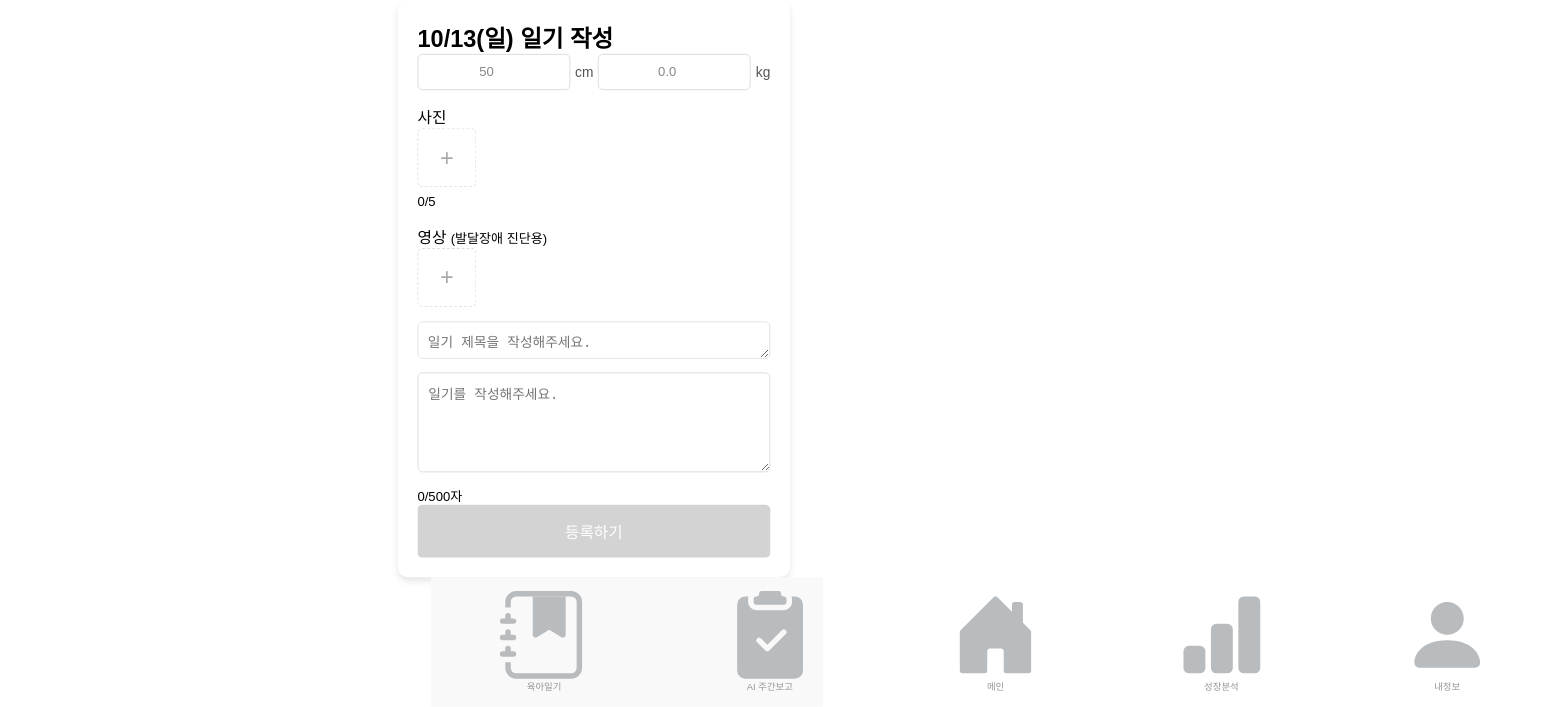
Repository: fromBirth/frombirth-frontend
Page: /babydiary/register
These files come from the project's save history. The page is drawn as it stood at one moment and after the next save; the edit follows.
The browser window is 1280 px wide. The page is 1592 px wide, so the pictures cover 1592 px, including what lies to the right of the window. The pictures show the whole page, at 98% of full size.
Some web fonts or font styles are not loaded; a fallback is used. The project was rebuilt for these pictures with package versions that can differ from the ones it lists, and the page was loaded fresh each time. Also part of the build but not shown: vite.config.js.

Above is the page before, as saved 2024-10-30 12:20:08.

### index.html
<!doctype html>
<html lang="en">
  <head>
    <meta charset="UTF-8" />
    <link rel="icon" type="image/svg+xml" href="/fromBirthIcon" />
    <meta name="viewport" content="width=device-width, initial-scale=1.0" />
    <script src="https://t1.kakaocdn.net/kakao_js_sdk/2.7.2/kakao.min.js" integrity="sha384-TiCUE00h649CAMonG018J2ujOgDKW/kVWlChEuu4jK2vxfAAD0eZxzCKakxg55G4" crossorigin="anonymous"></script>
    <title>fromBirth</title>
  </head>
  <body>
    <div id="root"></div>
    <script type="module" src="/src/main.jsx"></script>
  </body>
</html>

### src/main.jsx
/* src/main.jsx */

// StrictMode와 createRoot 함수를 React에서 import
import { StrictMode } from 'react'
import { createRoot } from 'react-dom/client'
// 애플리케이션의 메인 컴포넌트인 App을 import
import App from './App.jsx'

// React 애플리케이션의 루트 DOM 요소에 App 컴포넌트를 렌더링
createRoot(document.getElementById('root')).render(
  <StrictMode>
    <App />
  </StrictMode>,
)

### src/App.jsx
/* src/App.jsx */

// 전체 애플리케이션에 라우팅 기능을 제공하는 BrowserRouter를 import
import { BrowserRouter as Router } from 'react-router-dom';
// 전역적으로 인증 상태를 관리하기 위해 AuthProvider를 import
import { AuthProvider } from './contexts/AuthContext';
// 애플리케이션의 전체 라우팅 구성을 위한 AppRouter를 import
import AppRouter from './routes/AppRouter'; // 라우팅 설정을 불러옴

// App 컴포넌트는 애플리케이션의 최상위 컴포넌트로, 인증과 라우팅을 관리
function App() {
    return (
        <AuthProvider>  {/* 인증 컨텍스트 제공 */}
            <Router>  {/* 라우팅 제공 */}
                <AppRouter /> {/* 전체 라우팅 설정 */}
            </Router>
        </AuthProvider>
    );
}

// App 컴포넌트를 기본으로 내보내기
export default App;

### src/contexts/AuthContext.jsx
/* src/contexts/AuthContext.jsx */

import { createContext, useState } from 'react';

// Context 생성
export const AuthContext = createContext();

// Context Provider 컴포넌트
export const AuthProvider = ({ children }) => {
    const [isAuthenticated, setIsAuthenticated] = useState(false);

    // 로그인/로그아웃 상태 변경 함수
    const toggleAuth = () => {
        setIsAuthenticated(!isAuthenticated);
    };

    return (
        <AuthContext.Provider value={{ isAuthenticated, toggleAuth }}>
            {children}
        </AuthContext.Provider>
    );
};

### src/routes/AppRouter.jsx
/* src/routes/AppRouter.jsx */

// React Router의 Routes와 Route 컴포넌트를 사용해 라우팅 구성
import { Routes, Route, Navigate } from 'react-router-dom';
// React에서 컴포넌트를 동적 로딩할 수 있도록 Suspense와 lazy를 사용
import { Suspense, lazy } from 'react';
// PATHS 객체를 import하여 경로를 상수로 관리
import { PATHS } from './paths';
// 전체 레이아웃 컴포넌트로, 로그인이 필요한 페이지의 공통 레이아웃으로 사용
import Layout from '../components/common/Layout.jsx';
// 스피너 컴포넌트 import
import Spinner from '../components/common/Spinner.jsx';
// 전역 스타일 파일을 import하여 스타일 적용
import '/src/assets/styles/common.css';

// React.lazy를 사용하여 동적 import로 각 페이지를 로딩하여 초기 로딩 속도 최적화
const Login = lazy(() => import('../components/login/Login.jsx'));
const Dashboard = lazy(() => import('../components/dashboard/Dashboard.jsx'));
const BabyDiary = lazy(() => import('../components/baby-diary/BabyDiary.jsx'));
const DiaryList = lazy(() => import('../components/baby-diary/DiaryList.jsx'));
const DiaryListPhoto = lazy(() => import('../components/baby-diary/DiaryListPhoto.jsx'));
const DiaryRegister = lazy(() => import('../components/baby-diary/DiaryRegister.jsx'));
const DiaryDetail = lazy(() => import('../components/baby-diary/DiaryDetail.jsx'));
const WeeklyReport = lazy(() => import('../components/weekly-report/WeeklyReport.jsx'));
const GrowthAnalysis = lazy(() => import('../components/growth-analysis/GrowthAnalysis.jsx'));
const MyPage = lazy(() => import('../components/my-page/MyPage.jsx'));
const ChildRegister = lazy(() => import('../components/my-page/ChildRegister.jsx'));

function AppRouter() {
    return (
        // Suspense로 동적 로딩 중 스피너 화면 표시
        <Suspense fallback={<Spinner />}>
            <Routes>
                {/* 로그인 페이지 */}
                <Route path={PATHS.LOGIN} element={<Login />} />

                {/* 기본 경로에서 메인 대시보드 화면으로 리다이렉트 */}
                <Route path="/" element={<Navigate to={PATHS.DASHBOARD} />} />

                {/* Layout 컴포넌트를 상위 요소로 하여 로그인이 필요한 페이지 구성 */}
                <Route element={<Layout />}>
                    {/* 메인 대시보드 페이지 */}
                    <Route path={PATHS.DASHBOARD} element={<Dashboard />} />

                    {/* BabyDiary 관련 페이지 */}
                    <Route path={PATHS.BABY_DIARY} element={<BabyDiary />} />
                    <Route path={PATHS.DIARY_LIST} element={<DiaryList />} />
                    <Route path={PATHS.DIARY_LIST_PHOTO} element={<DiaryListPhoto />} />
                    <Route path={PATHS.DIARY_REGISTER} element={<DiaryRegister />} />
                    <Route path={PATHS.DIARY_DETAIL} element={<DiaryDetail />} />

                    {/* WeeklyReport 페이지 */}
                    <Route path={PATHS.WEEKLY_REPORT} element={<WeeklyReport />} />

                    {/* GrowthAnalysis 페이지 */}
                    <Route path={PATHS.GROWTH_ANALYSIS} element={<GrowthAnalysis />} />

                    {/* MyPage 관련 페이지 */}
                    <Route path={PATHS.MY_PAGE} element={<MyPage />} />
                    <Route path={PATHS.CHILD_REGISTER} element={<ChildRegister />} />
                </Route>
            </Routes>
        </Suspense>
    );
}

export default AppRouter;

### src/routes/paths.js
/* src/routes/paths.js */

// PATHS 객체는 애플리케이션에서 사용하는 주요 라우트 경로를 상수로 관리
// 경로가 변경되더라도 이 파일만 수정하면 모든 라우트에 반영되어 유지보수가 용이해짐
export const PATHS = {

    // 로그인 페이지 경로
    LOGIN: "/login",

    // 메인 페이지 경로
    MAIN: "/main",

    // 육아 일기 섹션 경로들
    BABY_DIARY: "/babydiary",               // 육아 일기 메인 경로
    DIARY_LIST: "/babydiary/list",          // 일기 목록 페이지 경로
    DIARY_LIST_PHOTO: "/babydiary/listphoto", // 사진으로 보는 일기 목록 경로
    DIARY_REGISTER: "/babydiary/register",  // 일기 작성 페이지 경로
    DIARY_DETAIL: "/babydiary/detail",      // 일기 상세 페이지 경로

    // AI주간보고 페이지 경로
    WEEKLY_REPORT: "/weeklyreport",

    // 성장 분석 페이지 경로
    GROWTH_ANALYSIS: "/growthanalysis",

    // 내정보 섹션 경로들
    MY_PAGE: "/mypage",                     // 마이페이지 메인 경로
    CHILD_REGISTER: "/mypage/register",     // 아이 등록 페이지 경로
};

### src/components/common/Layout.jsx
/* src/components/Layout.jsx */

import { Link, Outlet, useLocation } from 'react-router-dom';
import { useState, useEffect } from 'react';
import '/src/assets/styles/layout.css';

function Layout() {

    const location = useLocation();
    const [activePath, setActivePath] = useState(location.pathname);

    // 라우터 변경 시 활성화 상태 업데이트
    useEffect(() => {
        setActivePath(location.pathname);
    }, [location]);

    return (
        <div className="layout">

            {/* 🔴 페이지 컨텐츠 */}
            <div className="content">
                <Outlet /> {/* 자식 페이지들이 이곳에 렌더링됩니다. */}
            </div>

            {/* 🔴 푸터 */}
            <footer className="footer">
                <nav className={"footer-nav"}>
                    <Link to="/babydiary" >
                        <div className={`nav-item ${activePath === '/babydiary' ? 'btn-active' : ''}`}>
                            <svg xmlns="http://www.w3.org/2000/svg" style={{ fill: activePath === '/babydiary' ? 'var(--logo-color)' : 'var(--menu-symbol-color)' }}
                                className="bi bi-journal-bookmark-fill" viewBox="0 0 16 16">
                                <path fillRule="evenodd"
                                    d="M6 1h6v7a.5.5 0 0 1-.757.429L9 7.083 6.757 8.43A.5.5 0 0 1 6 8z" />
                                <path
                                    d="M3 0h10a2 2 0 0 1 2 2v12a2 2 0 0 1-2 2H3a2 2 0 0 1-2-2v-1h1v1a1 1 0 0 0 1 1h10a1 1 0 0 0 1-1V2a1 1 0 0 0-1-1H3a1 1 0 0 0-1 1v1H1V2a2 2 0 0 1 2-2" />
                                <path
                                    d="M1 5v-.5a.5.5 0 0 1 1 0V5h.5a.5.5 0 0 1 0 1h-2a.5.5 0 0 1 0-1zm0 3v-.5a.5.5 0 0 1 1 0V8h.5a.5.5 0 0 1 0 1h-2a.5.5 0 0 1 0-1zm0 3v-.5a.5.5 0 0 1 1 0v.5h.5a.5.5 0 0 1 0 1h-2a.5.5 0 0 1 0-1z" />
                            </svg>
                            <span>육아일기</span>
                        </div>
                    </Link>
                    <Link to="/weeklyreport" >
                        <div className={`nav-item ${activePath === '/weeklyreport' ? 'btn-active' : ''}`}>
                            <svg xmlns="http://www.w3.org/2000/svg" style={{ fill: activePath === '/weeklyreport' ? 'var(--logo-color)' : 'var(--menu-symbol-color)' }}
                                className="bi bi-clipboard2-check-fill" viewBox="0 0 16 16">
                                <path
                                    d="M10 .5a.5.5 0 0 0-.5-.5h-3a.5.5 0 0 0-.5.5.5.5 0 0 1-.5.5.5.5 0 0 0-.5.5V2a.5.5 0 0 0 .5.5h5A.5.5 0 0 0 11 2v-.5a.5.5 0 0 0-.5-.5.5.5 0 0 1-.5-.5" />
                                <path
                                    d="M4.085 1H3.5A1.5 1.5 0 0 0 2 2.5v12A1.5 1.5 0 0 0 3.5 16h9a1.5 1.5 0 0 0 1.5-1.5v-12A1.5 1.5 0 0 0 12.5 1h-.585q.084.236.085.5V2a1.5 1.5 0 0 1-1.5 1.5h-5A1.5 1.5 0 0 1 4 2v-.5q.001-.264.085-.5m6.769 6.854-3 3a.5.5 0 0 1-.708 0l-1.5-1.5a.5.5 0 1 1 .708-.708L7.5 9.793l2.646-2.647a.5.5 0 0 1 .708.708" />
                            </svg>
                            <span>AI 주간보고</span>
                        </div>

                    </Link>
                    <Link to="/dashboard" >
                        <div className={`nav-item ${activePath === '/dashboard' ? 'btn-active' : ''}`}>
                            <svg xmlns="http://www.w3.org/2000/svg" style={{ fill: activePath === '/dashboard' ? 'var(--logo-color)' : 'var(--menu-symbol-color)' }}
                                className="bi bi-house-door-fill" viewBox="0 0 16 16">
                                <path
                                    d="M6.5 14.5v-3.505c0-.245.25-.495.5-.495h2c.25 0 .5.25.5.5v3.5a.5.5 0 0 0 .5.5h4a.5.5 0 0 0 .5-.5v-7a.5.5 0 0 0-.146-.354L13 5.793V2.5a.5.5 0 0 0-.5-.5h-1a.5.5 0 0 0-.5.5v1.293L8.354 1.146a.5.5 0 0 0-.708 0l-6 6A.5.5 0 0 0 1.5 7.5v7a.5.5 0 0 0 .5.5h4a.5.5 0 0 0 .5-.5" />
                            </svg>
                            <span>메인</span>
                        </div>

                    </Link>
                    <Link to="/growthanalysis" >
                        <div className={`nav-item ${activePath === '/growthanalysis' ? 'btn-active' : ''}`}>
                            <svg xmlns="http://www.w3.org/2000/svg" style={{ fill: activePath === '/growthanalysis' ? 'var(--logo-color)' : 'var(--menu-symbol-color)' }}
                                className="bi bi-bar-chart-fill" viewBox="0 0 16 16">
                                <path
                                    d="M1 11a1 1 0 0 1 1-1h2a1 1 0 0 1 1 1v3a1 1 0 0 1-1 1H2a1 1 0 0 1-1-1zm5-4a1 1 0 0 1 1-1h2a1 1 0 0 1 1 1v7a1 1 0 0 1-1 1H7a1 1 0 0 1-1-1zm5-5a1 1 0 0 1 1-1h2a1 1 0 0 1 1 1v12a1 1 0 0 1-1 1h-2a1 1 0 0 1-1-1z" />
                            </svg>
                            <span>성장분석</span>
                        </div>

                    </Link>
                    <Link to="/mypage" >
                        <div className={`nav-item ${activePath === '/mypage' ? 'btn-active' : ''}`}>
                            <svg xmlns="http://www.w3.org/2000/svg" style={{ fill: activePath === '/mypage' ? 'var(--logo-color)' : 'var(--menu-symbol-color)' }}
                                className="bi bi-person-fill" viewBox="0 0 16 16">
                                <path d="M3 14s-1 0-1-1 1-4 6-4 6 3 6 4-1 1-1 1zm5-6a3 3 0 1 0 0-6 3 3 0 0 0 0 6" />
                            </svg>
                            <span>내정보</span>
                        </div>
                    </Link>
                </nav>
            </footer>
        </div>
    );
}

export default Layout;

### src/components/common/Spinner.jsx
/* src/components/Spinner.jsx */

const Spinner = () => {
    return (
        <div className="spinner-overlay">
            <div className="spinner"></div>
        </div>
    );
};

export default Spinner;

### src/assets/styles/common.css
/* src/assets/styles/common.css */

/* 🔴 폰트 설정 */
@font-face { font-family: 'Pretendard'; font-weight: 100; font-style: normal; src: url('https://cdn.jsdelivr.net/gh/webfontworld/pretendard/Pretendard-Thin.woff') format('woff'); font-display: swap; }
@font-face { font-family: 'Pretendard'; font-weight: 200; font-style: normal; src: url('https://cdn.jsdelivr.net/gh/webfontworld/pretendard/Pretendard-ExtraLight.woff') format('woff'); font-display: swap; }
@font-face { font-family: 'Pretendard'; font-weight: 300; font-style: normal; src: url('https://cdn.jsdelivr.net/gh/webfontworld/pretendard/Pretendard-Light.woff') format('woff'); font-display: swap; }
@font-face { font-family: 'Pretendard'; font-weight: 400; font-style: normal; src: url('https://cdn.jsdelivr.net/gh/webfontworld/pretendard/Pretendard-Regular.woff') format('woff'); font-display: swap; }
@font-face { font-family: 'Pretendard'; font-weight: 500; font-style: normal; src: url('https://cdn.jsdelivr.net/gh/webfontworld/pretendard/Pretendard-Medium.woff') format('woff'); font-display: swap; }
@font-face { font-family: 'Pretendard'; font-weight: 600; font-style: normal; src: url('https://cdn.jsdelivr.net/gh/webfontworld/pretendard/Pretendard-SemiBold.woff') format('woff'); font-display: swap; }
@font-face { font-family: 'Pretendard'; font-weight: 700; font-style: normal; src: url('https://cdn.jsdelivr.net/gh/webfontworld/pretendard/Pretendard-Bold.woff') format('woff'); font-display: swap; }
@font-face { font-family: 'Pretendard'; font-weight: 800; font-style: normal; src: url('https://cdn.jsdelivr.net/gh/webfontworld/pretendard/Pretendard-ExtraBold.woff') format('woff'); font-display: swap; }
@font-face { font-family: 'Pretendard'; font-weight: 900; font-style: normal; src: url('https://cdn.jsdelivr.net/gh/webfontworld/pretendard/Pretendard-Black.woff') format('woff'); font-display: swap; }
/* HakgyoansimDunggeunmisoTTF 폰트 설정 (로컬 파일) */
@font-face { font-family: 'HakgyoansimDunggeunmisoTTF-B'; src: url('/src/assets/fonts/Hakgyoansim-Dunggeunmiso-TTF-B.ttf') format('truetype'); font-weight: normal; font-style: normal; }
@font-face { font-family: 'HakgyoansimDunggeunmisoTTF-R'; src: url('/src/assets/fonts/Hakgyoansim-Dunggeunmiso-TTF-R.ttf') format('truetype'); font-weight: normal; font-style: normal; }

/* 🔴 css 초기화 설정 */
html, body { font-family: "Pretendard", sans-serif; height: 100%; margin: 0; padding: 0; }
* { margin: 0; padding: 0; box-sizing: border-box; }
a { text-decoration: none; color: black; }
ul, li, ol, dl, dd { list-style: none; margin: 0; }
img { max-width: 100%; height: auto; border: 0; }
table { border-collapse: collapse; border-spacing: 0; }
td, th { padding: 0; }
input[type="checkbox"] { cursor: pointer; }
button { appearance: none; border: 0; background: transparent; font: inherit; outline: none; cursor: pointer; }
button:disabled { cursor: default; }
label { margin: 0; font-weight: normal; }
p { margin: 0; }
.container { padding: 0; }
.input-field { transition: all 0.3s ease; }
input::placeholder { color: #888; }

/* 🔴 색상 등 전역 변수 설정 */
:root { --logo-color: #FF893C; --button-disabled-color: #E6E9F0; --menu-symbol-color: #B8BCBF; --menu-text-color: #949598; --background-color: #F4F7FC;}

/* 🔴 루트 컨테이너 크기 설정 */
#root { height: 100vh; width: 100vw; }

/* 🔴 로딩 스피너 */
.spinner-overlay { position: fixed; top: 0; left: 0; width: 100vw; height: 100vh; display: flex; justify-content: center; align-items: center; background: rgba(255, 255, 255, 0.8); z-index: 1000; }
.spinner { width: 40px; height: 40px; border: 5px solid rgba(0, 0, 0, 0.1); border-top-color: #3498db; border-radius: 50%; animation: spin 1s linear infinite; }
@keyframes spin { to { transform: rotate(360deg); }  }

### src/components/baby-diary/DiaryRegister.jsx
import './DiaryRegister.css';

const DiaryRegister = () => {
    return (
        <div className="container">
            <h2>10/13(일) 일기 작성</h2>

            <div className="input-row">
                <input type="number" placeholder="50" min="0" max="200" aria-label="키 입력" />
                <span>cm</span>
                <input type="number" placeholder="0.0" min="0" max="200" aria-label="몸무게 입력" />
                <span>kg</span>
            </div>

            <div className="upload-section">
                <label>사진</label>
                <div className="upload-box" aria-label="사진 업로드">+</div>
                <small>0/5</small>
            </div>

            <div className="upload-section">
                <label>영상 <small>(발달장애 진단용)</small></label>
                <div className="upload-box" aria-label="영상 업로드">+</div>
            </div>

            <textarea className="textarea" rows="1" placeholder="일기 제목을 작성해주세요." aria-label="일기 제목 입력"></textarea>
            <textarea className="textarea" rows="5" placeholder="일기를 작성해주세요." maxLength="500" aria-label="일기 내용 입력"></textarea>
            <small>0/500자</small>

            <button className="submit-btn" aria-label="일기 등록">등록하기</button>
        </div>
    );
};

export default DiaryRegister;

### src/assets/styles/layout.css
/* src/assets/styles/layout.css */

/* 레이아웃 */
.layout { display: flex; flex-direction: column; align-items: center; width: 100vw; min-height: 100vh; }

 /* 콘텐츠 영역 */
.content { flex-grow: 1; width: 100%; max-width: 500px; margin: 0 auto; padding: 0 16px; }

/* 중앙 컨테이너 스타일 */
.layout .content .container { background-color: white; width: 90%; max-width: 400px; padding: 20px; border-radius: 10px; box-shadow: 0 4px 8px rgba(0, 0, 0, 0.1); }

/* 헤더 스타일 */
.layout .content .container .header { display: flex; align-items: center; gap: 10px; margin-bottom: 20px; }
.layout .content .container .header .profile-image { width: 40px; height: 40px; border-radius: 50%; background-color: #f0e68c; }
.layout .content .container .header .header-title { font-size: 18px; }
.layout .content .container .header .header-dropdown { font-size: 14px; color: gray; }

/* footer */
.layout .footer { background-color: #F9F9F9; text-align: center; display: flex; justify-content: center; }
.layout .footer .footer-nav { display: flex; justify-content: space-around; width: 100%; max-width: 400px; }
.layout .footer .footer-nav .nav-item { display: flex; flex-direction: column; justify-content: center; color: #949598; font-size: 0.6em; min-width: 12vw; margin: 1vh 3vw; padding: 1vh 1vw; }
.layout .footer .footer-nav .nav-item.btn-active { background-color: #FE8A3C1F; color: #FF893C; border-radius:9px; }
.layout .footer .footer-nav .nav-item svg { margin: auto; width: 7vw; }

### src/components/baby-diary/DiaryRegister.css
.input-row { display: flex; align-items: center; gap: 5px; margin-bottom: 15px; }
.input-row input[type="number"] { width: 100%; padding: 10px; border: 1px solid #ddd; border-radius: 5px; text-align: center; }
.input-row span { font-size: 14px; color: #555; }
.upload-section { margin-bottom: 15px; }
.upload-box { width: 60px; height: 60px; border: 1px dashed #ddd; border-radius: 5px; display: flex; align-items: center; justify-content: center; color: #aaa; font-size: 24px; margin-bottom: 5px; }
.textarea { width: 100%; padding: 10px; border: 1px solid #ddd; border-radius: 5px; margin-bottom: 10px; font-size: 14px; color: #555; }
.submit-btn { width: 100%; padding: 15px; background-color: #d3d3d3; border: none; border-radius: 5px; font-size: 16px; color: white; cursor: pointer; }

After the next save:
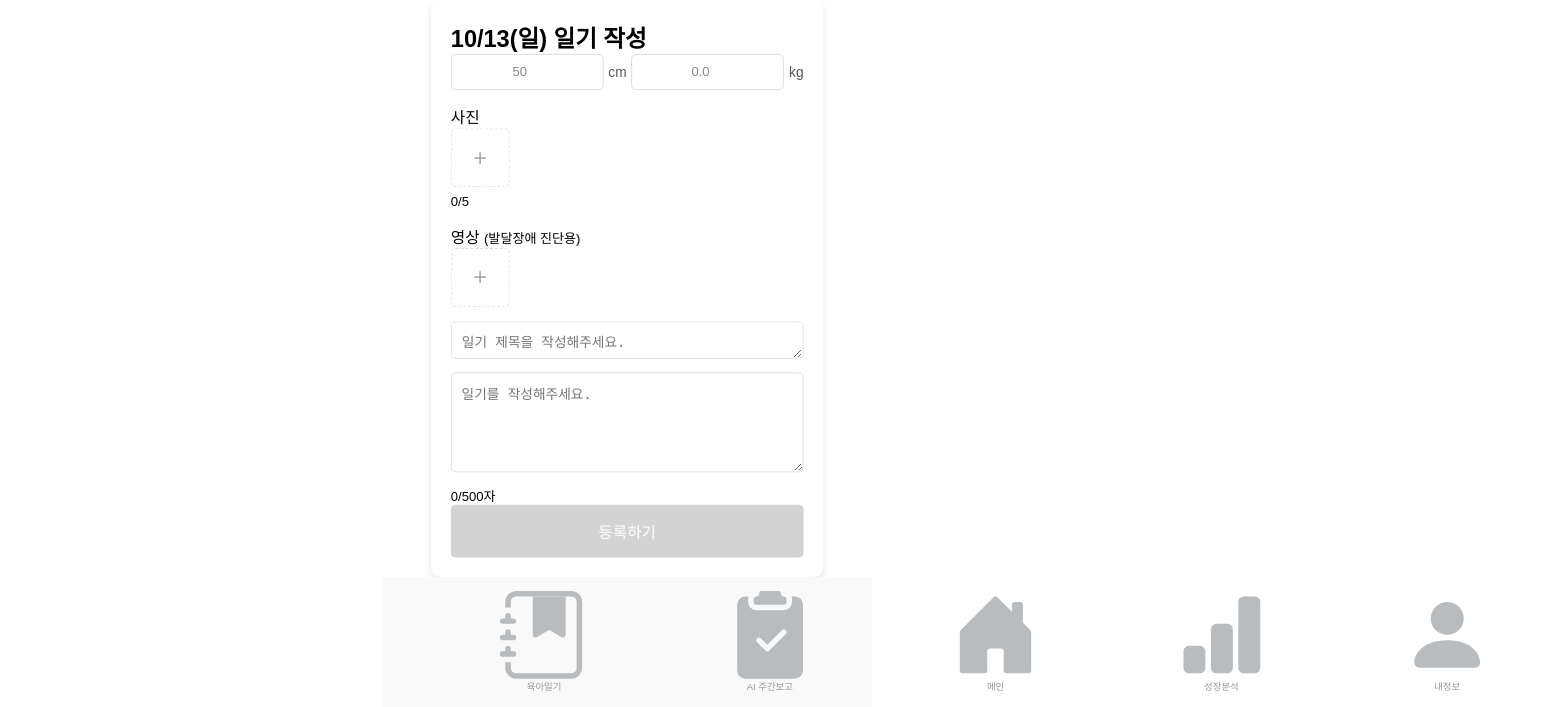
Saved 70 s later.
--- a/src/assets/styles/layout.css
+++ b/src/assets/styles/layout.css
@@ -21,3 +21,16 @@
 .layout .footer .footer-nav .nav-item { display: flex; flex-direction: column; justify-content: center; color: #949598; font-size: 0.6em; min-width: 12vw; margin: 1vh 3vw; padding: 1vh 1vw; }
 .layout .footer .footer-nav .nav-item.btn-active { background-color: #FE8A3C1F; color: #FF893C; border-radius:9px; }
 .layout .footer .footer-nav .nav-item svg { margin: auto; width: 7vw; }
+
+/* 전체 레이아웃 */
+.layout { display: flex; flex-direction: column; align-items: center; width: 100vw; min-height: 100vh; }
+
+/* 콘텐츠 영역 */
+.content { flex-grow: 1; width: 100%; max-width: 500px; margin: 0 auto; padding: 0 16px; }
+
+/* 중앙 컨테이너 스타일 */
+.container { background-color: white; width: 90%; max-width: 400px; padding: 20px; border-radius: 10px; box-shadow: 0 4px 8px rgba(0, 0, 0, 0.1); margin: 0 auto; }
+
+/* 푸터 */
+.footer { background-color: #F9F9F9; text-align: center; display: flex; justify-content: center; width: 100%; max-width: 500px; margin: 0 auto; }
+.footer-nav { display: flex; justify-content: space-around; width: 100%; max-width: 400px; }
